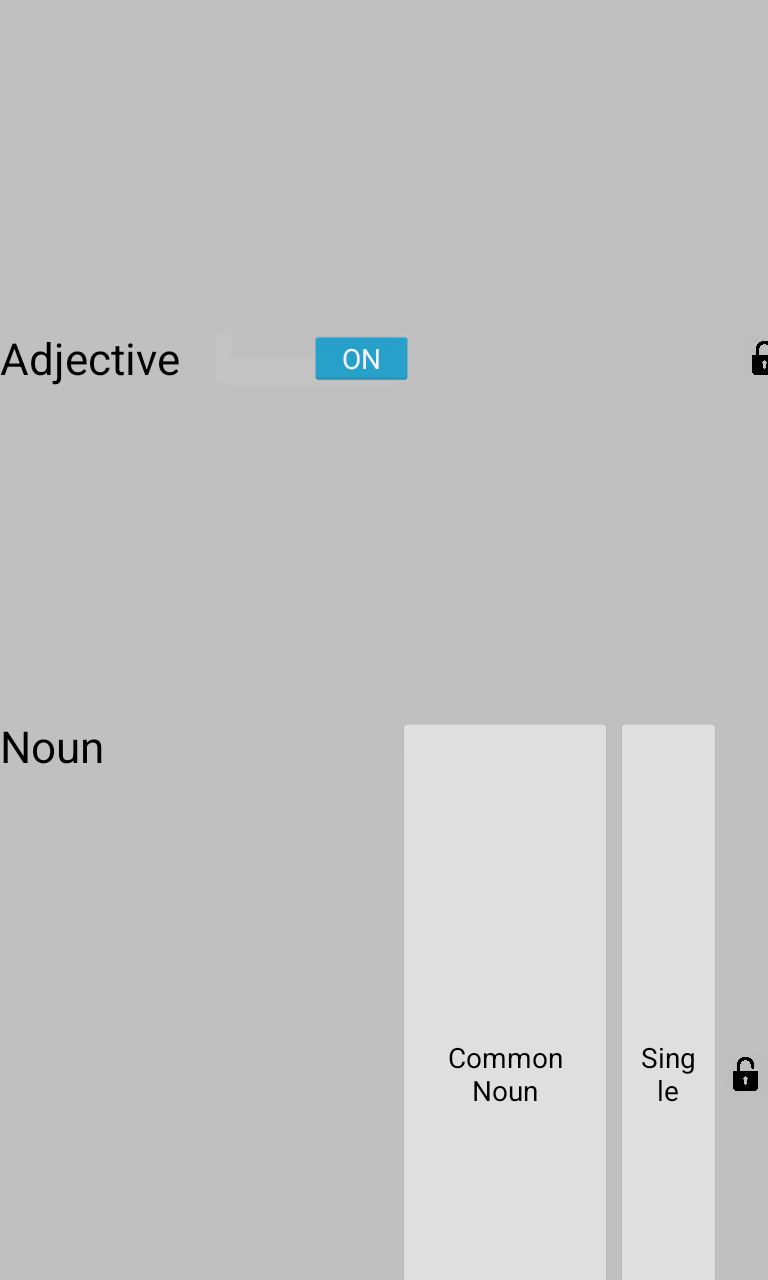
Repository: TheDizzler/TableTopTools
Layout: RPGTools/res/layout/fragment_result_controls.xml
The author's editor kept a copy of each file at every save. The layout is drawn from the files as they stood at one save, then again after the next save.
It is drawn on a 768 x 1280 px phone screen (xhdpi) without system bars, with theme AppTheme; the app's code is not run.

Above is the layout before, as saved 2017-03-22 09:56:20.

### RPGTools/res/layout/fragment_result_controls.xml
<?xml version="1.0" encoding="utf-8"?>
<TableLayout xmlns:android="http://schemas.android.com/apk/res/android"
    android:layout_width="match_parent"
    android:layout_height="match_parent"
    android:background="#C0C0C0"
    android:measureWithLargestChild="true"
    android:orientation="vertical"
    android:weightSum="6" >

    <TableRow
        android:id="@+id/tableRow1"
        android:layout_width="match_parent"
        android:layout_height="wrap_content"
        android:layout_weight="1"
        android:weightSum="4" >

        <Switch
            android:id="@+id/switch_resultAdjective"
            android:layout_width="wrap_content"
            android:layout_height="match_parent"
            android:layout_span="1"
            android:checked="true"
            android:text="Adjective"
            android:textAppearance="?android:attr/textAppearanceLarge" />

        <Spinner
            android:id="@+id/spacer1"
            android:layout_width="wrap_content"
            android:layout_height="match_parent"
            android:layout_span="2"
            android:layout_weight="1"
            android:visibility="invisible" />

        <ImageView
            android:id="@+id/lockBtn_resultAdjective"
            android:layout_width="32dp"
            android:layout_height="match_parent"
            android:layout_span="1"
            android:layout_weight="1"
            android:src="@drawable/unlocked" />
    </TableRow>

    <TableRow
        android:id="@+id/tableRow2_noun"
        android:layout_width="match_parent"
        android:layout_height="wrap_content"
        android:layout_weight="1"
        android:weightSum="4" >

        <TextView
            android:id="@+id/textView2"
            android:layout_width="wrap_content"
            android:layout_height="match_parent"
            android:layout_span="1"
            android:layout_weight="1"
            android:text="Noun"
            android:textAppearance="?android:attr/textAppearanceLarge" />

        <ToggleButton
            android:id="@+id/toggleBtn_resultProperNoun"
            android:layout_width="wrap_content"
            android:layout_height="match_parent"
            android:layout_span="1"
            android:layout_weight="1"
            android:textOff="Common Noun"
            android:textOn="Proper Noun" />

        <ToggleButton
            android:id="@+id/toggleBtn_resultNounPlural"
            android:layout_width="wrap_content"
            android:layout_height="match_parent"
            android:layout_span="1"
            android:layout_weight="1"
            android:textOff="Single"
            android:textOn="Plural" />

        <ImageView
            android:id="@+id/lockBtn_resultNoun"
            android:layout_width="32dp"
            android:layout_height="match_parent"
            android:layout_span="1"
            android:layout_weight="1"
            android:src="@drawable/unlocked" />
    </TableRow>

    <TableRow
        android:id="@+id/tableRow3_verb"
        android:layout_width="match_parent"
        android:layout_height="wrap_content"
        android:layout_weight="1"
        android:weightSum="4" >

        <TextView
            android:id="@+id/textView1"
            android:layout_width="wrap_content"
            android:layout_height="match_parent"
            android:layout_span="1"
            android:text="Verb"
            android:textAppearance="?android:attr/textAppearanceLarge" />

        <Spinner
            android:id="@+id/spacer2"
            android:layout_width="wrap_content"
            android:layout_height="match_parent"
            android:layout_span="2"
            android:layout_weight="1"
            android:visibility="invisible" />

        <ImageView
            android:id="@+id/lockBtn_resultVerb"
            android:layout_width="32dp"
            android:layout_height="match_parent"
            android:layout_span="1"
            android:layout_weight="1"
            android:src="@drawable/unlocked" />
    </TableRow>

    <TableRow
        android:id="@+id/tableRow4_adverb"
        android:layout_width="match_parent"
        android:layout_height="wrap_content"
        android:layout_weight="1"
        android:weightSum="4" >

        <TextView
            android:id="@+id/textView3"
            android:layout_width="wrap_content"
            android:layout_height="match_parent"
            android:layout_span="1"
            android:layout_weight="1"
            android:text="Adverb"
            android:textAppearance="?android:attr/textAppearanceLarge" />

        <TextView
            android:id="@+id/textView4"
            android:layout_width="wrap_content"
            android:layout_height="match_parent"
            android:layout_span="2"
            android:layout_weight="1"
            android:text="Not Implemented!"
            android:textAppearance="?android:attr/textAppearanceLarge" />
    </TableRow>

    <TableRow
        android:id="@+id/tableRow5_spacer"
        android:layout_width="match_parent"
        android:layout_height="wrap_content"
        android:layout_weight="1"
        android:weightSum="4" >
    </TableRow>

    <TableRow
        android:id="@+id/tableRow6_spacer"
        android:layout_width="match_parent"
        android:layout_height="wrap_content"
        android:layout_weight="1"
        android:weightSum="4" >
    </TableRow>

</TableLayout>

Loaded but not shown: RPGTools/res/values/styles.xml (common file); RPGTools/res/values-v11/styles.xml (common file); RPGTools/res/values-v14/styles.xml (common file)

After the next save:
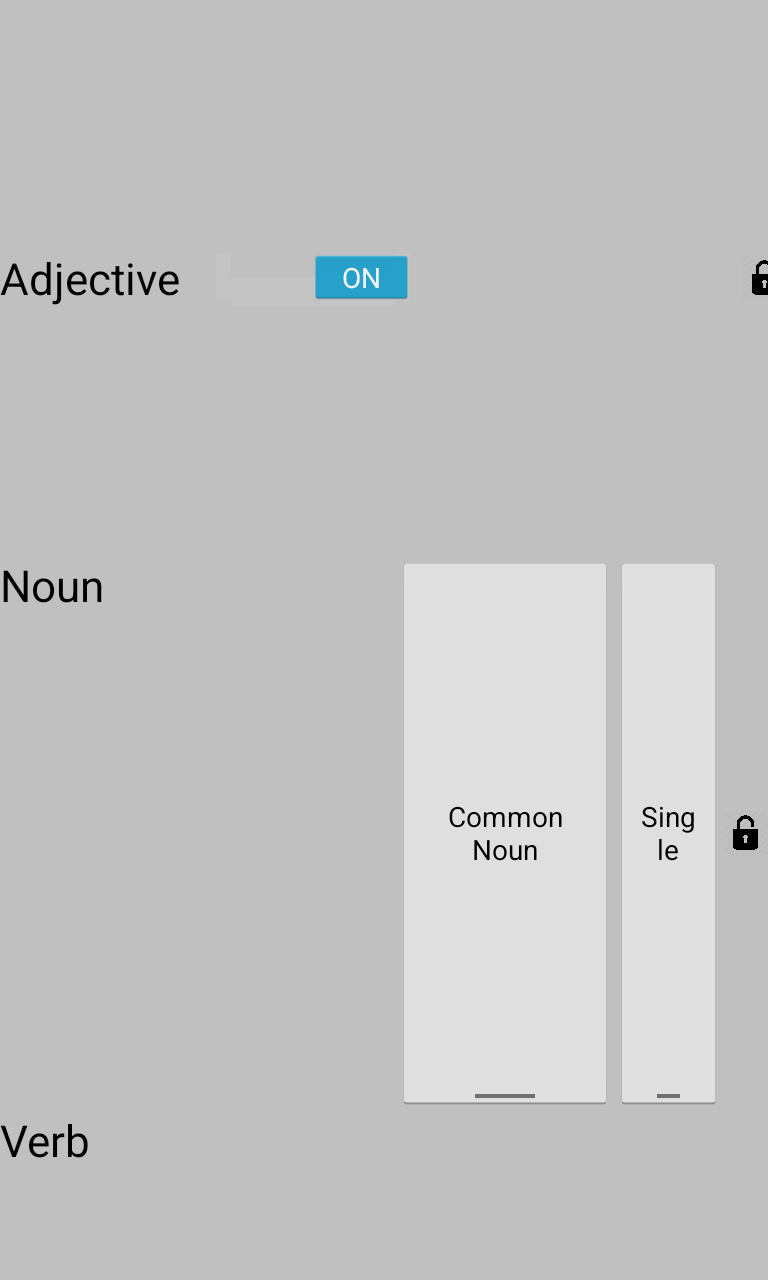
Saved 40 s later.
--- a/RPGTools/res/layout/fragment_result_controls.xml
+++ b/RPGTools/res/layout/fragment_result_controls.xml
@@ -139,6 +139,14 @@
             android:layout_weight="1"
             android:text="Not Implemented!"
             android:textAppearance="?android:attr/textAppearanceLarge" />
+
+        <ImageView
+            android:id="@+id/lockBtn_resultAdverb"
+            android:layout_width="32dp"
+            android:layout_height="match_parent"
+            android:layout_span="1"
+            android:layout_weight="1"
+            android:src="@drawable/unlocked" />
     </TableRow>
 
     <TableRow
